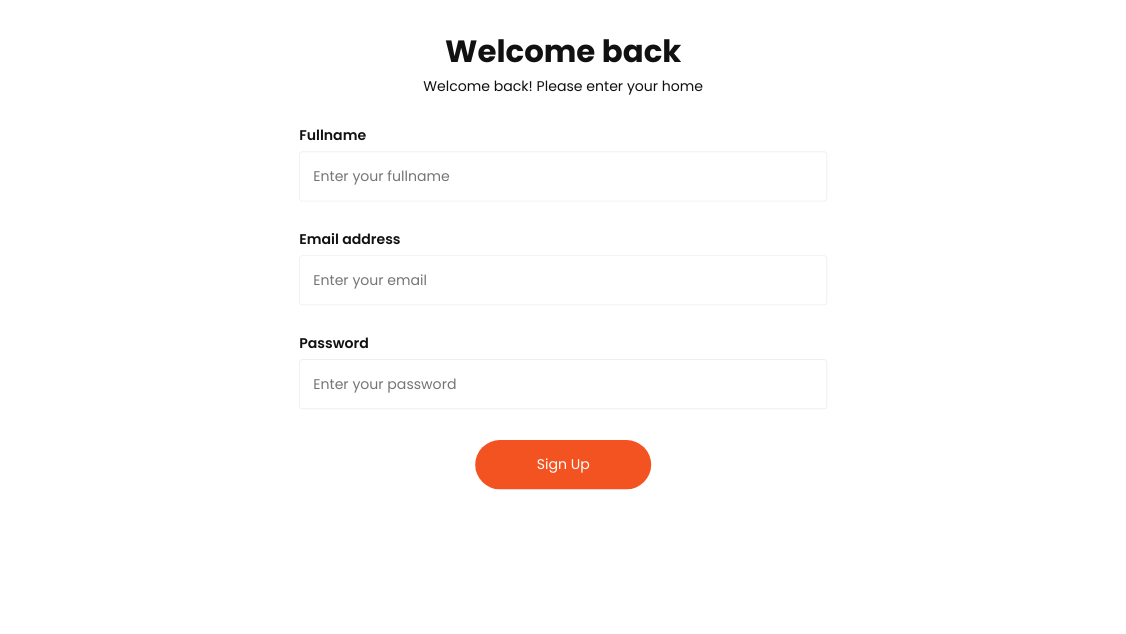
Repository: hoang0508/ReactJs-Fruits
Page: /sign-up
The author's editor kept a copy of each file at every save. The page is drawn from the files as they stood at one save, then again after the next save.
The browser window is 1280 px wide. The pictures show the whole page, at 88% of full size.
The project was rebuilt for these pictures with package versions that can differ from the ones it lists, and the page was loaded fresh each time. Also part of the build but not shown: src/Pages/NotFoundPage.js, src/hooks/useHookAPI.js, src/hooks/useLocalStrorage.js, src/components/context/Auth-Context.js, src/components/Media/Social.scss, src/components/Media/Social.js, src/components/Footer/Footercoppy.js, src/components/Footer/Footer.js and 33 more.

Above is the page before, as saved 2022-05-12 10:27:20.

### src/Pages/SignUpPage.js
import { Button } from "components/button";
import { Field } from "components/Field";
import { Input } from "components/Input";
import { Label } from "components/label";
import React from "react";
import styled from "styled-components";

const SignUpPageStyles = styled.div`
  min-height: 100vh;
  padding: 40px 0;
  .signup-content {
    text-align: center;
    margin-bottom: 40px;
  }
  .signup-heading {
    font-size: 35px;
    margin-bottom: 15px;
  }
  .form {
    max-width: 600px;
    margin: 0 auto;
  }
`;

const SignUpPage = () => {
  return (
    <SignUpPageStyles>
      <div className="signup-content">
        <h3 className="signup-heading">Welcome back</h3>
        <span className="signup-desc">
          Welcome back! Please enter your home
        </span>
      </div>
      <form className="form">
        <Field>
          <Label htmlFor="name">Fullname</Label>
          <Input
            name="fullname"
            type="text"
            placeholder="Enter your fullname"
          />
        </Field>
        <Field>
          <Label htmlFor="email">Email address</Label>
          <Input name="email" type="text" placeholder="Enter your email" />
        </Field>
        <Field>
          <Label htmlFor="password">Password</Label>
          <Input
            name="password"
            type="text"
            placeholder="Enter your password"
          />
        </Field>
        <Button
          type={"submit"}
          maxWidth="200px"
          height="56px"
          className="button button--primary"
        >
          Sign Up
        </Button>
      </form>
    </SignUpPageStyles>
  );
};

export default SignUpPage;

### src/components/Footer/Footer.scss
@import "../../index.scss";
.footer {
  background-color: $bg-footer;
  padding: 80px 0;
  &-list {
    display: grid;
    grid-template-columns: repeat(4, 1fr);
    grid-gap: 0 40px;
  }
  &-logo {
    span {
      color: $primary-color;
      font-size: 45px;
      font-weight: 700;
      display: inline-block;
      margin-bottom: 20px;
    }
    &--desc {
      line-height: 1.6;
      color: $text-color--tx;
      margin-bottom: 20px;
    }
  }
  &-title {
    margin-bottom: 25px;
    color: $text-color--tx;
    font-size: 20px;
  }
  &-item--instagram {
    display: grid;
    grid-template-columns: repeat(3, 1fr);
    grid-gap: 6px;
  }
  &-images--ig {
    height: 65px;
    position: relative;
    overflow: hidden;
    &:hover .footer-images--icon {
      opacity: 1;
      visibility: visible;
      overflow: hidden;
    }
    &:hover img {
      transform: scale(1.1);
    }
    img {
      width: 100%;
      height: 100%;
      object-fit: cover;
      border-radius: 5px;
      transition: all 0.25s linear;
    }
  }
  &-images--icon {
    width: 100%;
    height: 100%;
    background-color: rgba(243, 85, 32, 0.527);
    color: #fff;
    border-radius: 5px;
    display: flex;
    align-items: center;
    justify-content: center;
    font-size: 20px;
    position: absolute;
    top: 50%;
    left: 50%;
    transform: translate(-50%, -50%);
    cursor: pointer;
    opacity: 0;
    visibility: hidden;
    transition: all 0.2s ease;
  }
  &-link {
    display: inline-block;
    padding-bottom: 20px;
    color: $text-color--tx;
  }
  &-info {
    &--item {
      display: flex;
      align-items: center;
      gap: 0 20px;
      margin-bottom: 30px;
    }
    &--icon {
      color: $primary-color;
      font-size: 25px;
    }
    &--name {
      margin-bottom: 10px;
      color: $text-color--tx;
    }
  }
  &-coppy {
    padding: 30px 0;
    background-color: #021a32;
    color: #fff;
    .container {
      display: flex;
      align-items: center;
      justify-content: space-between;
    }
    &--license {
      font-size: 14px;
      span {
        color: $primary-color;
        font-size: 16px;
      }
    }
    &--help {
      display: flex;
      align-items: center;
      gap: 0 20px;
    }
  }
}

### src/components/Topdown/Topdown.scss
@import "../../index.scss";
.down {
  background-color: $text-color--tx;
  color: #fff;
  width: 50px;
  height: 50px;
  border-radius: 100rem;
  display: flex;
  align-items: center;
  justify-content: center;
  position: fixed;
  z-index: 10;
  bottom: -100px;
  right: 20px;
  transition: all 0.5s linear;
  &.active-down {
    opacity: 1;
    visibility: visible;
    bottom: 20px;
  }
}

### src/Pages/Cartpage/Cartpage.scss
@import "../../index.scss";
.cart {
  &-banner {
    min-height: 400px;
    position: relative;
    z-index: 0;
  }
  &-main {
    padding: 40px 0;
  }
  &-table {
    border-collapse: collapse;
    width: 100%;
  }
  &-table td,
  &-table th {
    padding-top: 10px;
    padding-bottom: 20px;
  }
  &-table th {
    padding: 15px;
    text-align: center;
    background-color: $primary-color;
    color: white;
  }
  &-images {
    width: 150px;
    height: 150px;
    img {
      width: 100%;
      height: 100%;
      object-fit: cover;
    }
  }
  &-item {
    margin-bottom: 10px;
    border-bottom: 1px solid $border-color;
    text-align: center;
  }
  &-total {
    max-width: 150px;
    width: 100%;
    padding: 10px 12px;
    margin-top: 20px;
    margin-left: auto;
    display: flex;
    /* justify-content: flex-end; */
    justify-content: center;
    gap: 0 10px;
    background-color: #f35320;
    color: #fff;
  }
  &-count {
    display: flex;
    align-items: center;
    justify-content: center;
  }
  &-remove {
    display: inline-flex;
    align-items: center;
    justify-content: center;
  }
}

### src/components/Header/Header.scss
@import "../../index.scss";
.header {
  &-contact {
    border-bottom: 1px solid #eee;
    .container {
      display: flex;
      justify-content: space-between;
      align-items: center;
      padding: 20px 0;
    }
  }
  &-info {
    display: flex;
    align-items: center;
    gap: 0 25px;
    &--add {
      display: flex;
      align-items: center;
      gap: 0 10px;
    }
    &--gmail {
      display: flex;
      align-items: center;
      gap: 0 10px;
    }
    &--icon {
      color: $primary-color;
    }
  }
  &-social {
    display: flex;
    align-items: center;
    gap: 0 15px;
    span {
      border: 1px solid #f3f3f3;
      width: 35px;
      height: 35px;
      border-radius: 100rem;
      display: flex;
      align-items: center;
      justify-content: center;
      transition: all 0.25s linear;
      &:hover {
        background-color: $primary-color;
        color: #fff;
        transform: translateY(-5px);
        cursor: pointer;
      }
    }
  }
  &-nav {
    padding: 20px 0;
    .container {
      display: flex;
      justify-content: space-between;
      align-items: center;
    }
  }
  &-menu {
    display: flex;
    align-items: center;
    gap: 0 30px;
    &--list {
      display: flex;
      align-items: center;
      gap: 0 30px;
    }
    &--link {
      color: $text-color--tx;
      font-weight: 500;
    }
  }
  &-cart {
    position: relative;
    &--icon {
      color: $text-color--tx;
      font-size: 28px;
    }
    &--number {
      position: absolute;
      top: -20%;
      right: -25%;
      background-color: $primary-color;
      color: #fff;
      width: 15px;
      height: 15px;
      border-radius: 100rem;
      font-size: 14px;
      display: flex;
      align-items: center;
      justify-content: center;
    }
  }
}

.is-fixed {
  position: fixed;
  top: 0;
  left: 0;
  width: 100%;
  z-index: 10;
  background-color: #fff;
  box-shadow: 0 2px 28px 0 rgba(0, 0, 0, 0.09);
  animation: fadeInDown 0.5s linear forwards;
}

@keyframes fadeInDown {
  0% {
    opacity: 0;
    transform: translateY(-20px);
  }
  100% {
    opacity: 1;
    transform: translateY(0);
  }
}

### src/components/Count/Count.scss
@import "../../index.scss";
.count {
  width: 180px;
  display: flex;
  align-items: center;
  justify-content: center;
  background-color: $bgr-color;
  border-radius: 5px;
  padding: 10px;
  cursor: pointer;
  &-value {
    width: 100px;
    text-align: center;
    background: inherit;
    font-size: 18px;
  }
}

### src/components/Product/Productdetails.scss
@import "../../index.scss";
.productD {
  &--list {
    display: flex;
    justify-content: space-between;
    gap: 0 50px;
  }
  &--left {
    width: 50%;
  }
  &--right {
    width: 60%;
  }
  &--thumb {
    margin-top: 20px;
    display: flex;
    align-items: center;
    gap: 0 10px;
  }
  &--imgThumb {
    height: 80px;
    border: 1px solid $border-color;
    border-radius: 5px;
    padding: 5px;
    cursor: pointer;
    img {
      width: 100%;
      height: 100%;
      object-fit: cover;
    }
  }
  &--title {
    font-size: 25px;
    font-weight: 700;
    color: $text-color--tx;
    margin-bottom: 15px;
  }
  &--price {
    display: flex;
    align-items: center;
    gap: 0 5px;
    margin-bottom: 10px;
  }
  &--priceNew {
    color: $text-color--tx;
  }
  &--priceOld {
    text-decoration: line-through;
  }
  &--vote {
    display: flex;
    align-items: center;
    gap: 0 10px;
    margin-bottom: 20px;
  }
  &--star {
    display: flex;
    align-items: center;
    gap: 0 2px;
    color: $primary-color;
  }
  &--desc {
    color: $text-color--tx;
    line-height: 1.5;
    margin-bottom: 15px;
  }
  &--cart {
    display: flex;
    align-items: center;
    gap: 0 40px;
    margin-bottom: 30px;
  }
  &-btn {
    padding: 15px;
    background-color: $bgr-color;
    margin-top: 20px;
    width: 100%;
    cursor: pointer;
    transition: all 0.25s linear;
    border-radius: 5px;
    &:hover {
      background-color: $primary-color;
      color: #fff;
    }
  }
  &-social {
    margin-top: 25px;
    display: flex;
    align-items: center;
    gap: 0 15px;
  }
}

.active-image {
  border-color: $primary-color;
  border-width: 2px;
}

### src/Pages/Detailpage/Info.scss
@import "../../index.scss";
.info {
  padding: 20px 0 40px;
  &-tab {
    display: flex;
    align-items: center;
    gap: 0 15px;
    margin-bottom: 10px;
    cursor: pointer;
    &--title {
      border: 1px solid $border-color;
      padding: 15px 30px;
    }
  }
  &-content {
    max-width: 800px;
    padding: 20px;
    border: 1px solid $border-color;
    &--desc {
      display: none;
    }
    &--review {
      display: none;
    }
  }
  &__heading {
    display: inline-block;
    padding-right: 20px;
    font-size: 23px;
    font-weight: 700;
    color: $text-color--tx;
    margin-bottom: 20px;
    position: relative;
    &::before {
      content: "";
      position: absolute;
      width: 50px;
      height: 3px;
      background-color: $primary-color;
      left: 100%;
      top: 50%;
    }
  }
  &-customer {
    &__item {
      margin-bottom: 25px;
    }
    &__people {
      display: flex;
      align-items: center;
      gap: 0 20px;
      margin-bottom: 15px;
    }
    &__image {
      width: 50px;
      height: 50px;
      img {
        width: 100%;
        height: 100%;
        object-fit: cover;
        border-radius: 100rem;
      }
    }
    &__name {
      color: $text-color--tx;
      font-size: 18px;
    }
    &__date {
      color: $secondary-color;
      margin-bottom: 10px;
    }
    &__desc {
      color: $text-color--tx;
      line-height: 1.5;
      margin-bottom: 15px;
    }
    &__star {
      color: $secondary-color;
      display: flex;
      align-items: center;
    }
  }
}

.active-tabs {
  background-color: $primary-color;
  color: #fff;
  transition: all 0.25s linear;
}

.active-content {
  display: block;
}

.write {
  &-form {
    &--group {
      display: flex;
      align-items: center;
      gap: 0 30px;
      margin-bottom: 20px;
    }
    &--input,
    &--textarea {
      border: 1px solid $border-color;
      padding: 12px;
      border-radius: 5px;
      width: 100%;
      transition: all 0.25s ease;
      &:focus {
        border-color: $primary-color;
      }
    }
  }
}

### src/components/Banner/Banner.scss
@import "../../index.scss";
.banner {
  min-height: 100vh;
  padding: 0 0 40px;
  padding: 150px;
  &-heading {
    color: $primary-color;
    margin-bottom: 20px;
    font-size: 20px;
  }
  &-title {
    max-width: 600px;
    width: 100%;
    color: #fff;
    font-weight: 700;
    font-size: 70px;
    line-height: 1.2;
    margin-bottom: 25px;
  }
  &-desc {
    max-width: 700px;
    width: 100%;
    color: #fff;
    line-height: 1.6;
    margin-bottom: 30px;
  }
  &-btn {
    display: flex;
    align-items: center;
    gap: 0 25px;
  }
  &-fruits {
    padding: 60px 0;
    margin-bottom: 100px;
    position: relative;
    &--images {
      img {
        height: 100%;
        object-fit: cover;
        margin: 0 auto;
        text-align: center;
      }
    }
    &--shape {
      .shape1 {
        position: absolute;
        top: 20px;
        left: 20px;
        height: 300px;
        animation: shapeTop 3s linear infinite;
        img {
          width: 100%;
          height: 100%;
          object-fit: cover;
        }
      }
      .shape3 {
        position: absolute;
        top: 20px;
        right: 20px;
        height: 150px;
        animation: shapeTop 3s linear infinite;
        img {
          width: 100%;
          height: 100%;
          object-fit: cover;
        }
      }
      .shape2 {
        position: absolute;
        bottom: 20px;
        left: 20px;
        height: 100px;
        animation: shapeBottom 3s linear infinite;

        img {
          width: 100%;
          height: 100%;
          object-fit: cover;
        }
      }
      .shape4 {
        position: absolute;
        bottom: 20px;
        right: 20px;
        height: 100px;
        animation: shapeZoom 3s linear infinite;

        img {
          width: 100%;
          height: 100%;
          object-fit: cover;
        }
      }
    }
  }
}

@keyframes shapeTop {
  50% {
    transform: translateY(20px);
  }
  100% {
    transform: translateY(0px);
  }
}

@keyframes shapeBottom {
  50% {
    transform: translateX(20px);
  }
  100% {
    transform: translateX(0px);
  }
}

@keyframes shapeZoom {
  20% {
    transform: scale(0.5);
  }
  50% {
    transform: scale(1.1);
  }
  100% {
    transform: scale(1);
  }
}

### src/components/Banner/BannerCrops.scss
@import "../../index.scss";
.banner-crops {
  min-height: 100vh;
  padding-top: 100px;
  &--content {
    max-width: 800px;
    background-color: #fff;
    padding: 50px;
    margin-left: auto;
  }
  &--txt {
    color: $primary-color;
    margin-bottom: 20px;
    font-size: 20px;
    display: inline-block;
  }
  &--heading .page-center {
    text-align: left;
    max-width: 700px;
    margin-bottom: 20px;
  }
  &--heading .page-desc {
    text-align: left;
  }
}

### src/components/layout/Feedback/Feedback.scss
@import "../../../index.scss";
.banner-feedback {
  min-height: 100vh;
  position: relative;
  z-index: 1;
  &--heading {
    padding: 40px 0;
    .page-heading {
      color: #fff;
      font-weight: 600;
    }
    .page-desc {
      color: #fff;
    }
  }
  &--list {
    max-width: 800px;
    width: 100%;
    padding: 20px 10px;
    margin: 0 auto;
    background-color: $secondary-color;
    border-radius: 20px;
  }
  &--item {
    display: flex;
    justify-content: center;
    align-items: center;
    flex-direction: column;
    background-color: $secondary-color;
  }
  &--images {
    width: 150px;
    height: 150px;
    img {
      width: 100%;
      height: 100%;
      object-fit: cover;
      border-radius: 100rem;
    }
  }
  &--content {
    color: #fff;
    margin-top: 30px;
    text-align: center;
  }
  &--name {
    margin-bottom: 15px;
    font-size: 22px;
  }
  &--job {
    margin-bottom: 15px;
    font-size: 14px;
  }
  &--desc {
    font-style: italic;
    line-height: 1.6;
    font-size: 14px;
  }
}

### src/components/layout/LastesBlog/LastestBlog.scss
@import "../../../index.scss";
.LastestBlog {
  padding: 100px 0;
  &-list {
    display: grid;
    grid-template-columns: repeat(3, 1fr);
    grid-gap: 0 40px;
  }
  &-item {
    background-color: #fff;
    border-radius: 10px;
    overflow: hidden;
    box-shadow: rgba(100, 100, 111, 0.2) 0px 7px 29px 0px;
    display: flex;
    flex-direction: column;
    cursor: pointer;
    &:hover .LastestBlog-content::before {
      height: 100%;
    }
    &:hover .LastestBlog-title {
      color: #fff;
    }
    &:hover .LastestBlog-more {
      color: #fff;
    }
    &:hover .LastestBlog-date {
      background-color: $primary-color;
      color: #fff;
    }
    &:hover .LastestBlog-images img {
      transform: scale(1.2);
    }
  }
  &-images {
    height: 270px;
    position: relative;
    img {
      width: 100%;
      height: 100%;
      object-fit: cover;
      transition: all 0.3s linear;
    }
  }
  &-date {
    position: absolute;
    bottom: 0;
    padding: 12px 25px;
    border-radius: 0 5px 0 0;
    background-color: #ffffff;
  }
  &-content {
    padding: 20px 10px;
    position: relative;
    isolation: isolate;
    overflow: hidden;
    margin-top: auto;
    &::before {
      content: "";
      position: absolute;
      top: 0;
      left: 0;
      background-color: $primary-color;
      width: 100%;
      height: 0;
      z-index: -1;
      transition: all 0.3s linear;
    }
  }
  &-title {
    margin-bottom: 15px;
    line-height: 1.5;
    font-size: 20px;
    font-weight: 700;
    color: #111111;
    transition: all 0.3s linear;
  }
  &-more {
    color: $primary-color;
    transition: all 0.3s linear;
  }
}

### src/components/layout/Subscribe/Subscribe.scss
@import "../../../index.scss";
.subscribe {
  margin-bottom: 100px;
  background-color: #fafafa;
  &-container {
    min-height: 250px;
    display: flex;
    align-items: center;
    gap: 0 100px;
  }
  &-content {
    width: 60%;
    .page-center {
      max-width: 700px;
      text-align: left;
    }
    .page-desc {
      text-align: left;
    }
  }
  &-input {
    background: none;
  }
  &-email {
    width: 60%;
    padding: 5px 10px;
    display: flex;
    justify-content: space-between;
    background-color: #f3f3f3;
    border: 1px solid #f3f3f3;
    border-radius: 5px;
  }
}

### src/components/Product/Product.scss
@import "../../index.scss";

.product {
  margin-top: 80px;
  padding-bottom: 100px;
  &-heading {
    margin-bottom: 50px;
  }
  &-list {
    display: grid;
    grid-template-columns: repeat(4, 1fr);
    grid-gap: 40px;
  }
  &-list--swiper {
    display: grid;
  }
  &-item {
    position: relative;
    overflow: hidden;
    cursor: pointer;
    &:hover .product-select .product-select--icon {
      opacity: 1;
      visibility: visible;
      transition: all 0.3 linear;
      transform: translate(0);
    }
    &:hover .product-images img {
      transform: scale(1.1);
    }
    &:hover .product-seo {
      background-color: $primary-color;
      color: #fff;
      cursor: pointer;
    }
  }
  &-images {
    height: 250px;
    position: relative;
    overflow: hidden;
    margin-bottom: 25px;
    img {
      width: 100%;
      height: 100%;
      object-fit: cover;
      overflow: hidden;
      border-radius: 5px;
      transition: all 0.25s linear;
    }
  }
  &-seo {
    position: absolute;
    top: 10px;
    left: 10px;
    background-color: #fff;
    color: $text-color--tx;
    padding: 8px 15px;
    border-radius: 6px;
    transition: all 0.25s linear;
  }
  &-select {
    position: absolute;
    left: 0;
    right: 0;
    bottom: 20px;
    display: flex;
    align-items: center;
    justify-content: center;
    gap: 0 10px;
    &--icon {
      color: $primary-color;
      background-color: #fff;
      width: 45px;
      height: 45px;
      border-radius: 100rem;
      display: flex;
      align-items: center;
      justify-content: center;
      font-size: 20px;
      opacity: 0;
      visibility: hidden;
      transition: all 0.3s linear;
      transform: translateY(30px);
    }
  }
  &-info {
    text-align: center;
  }
  &-name {
    font-size: 22px;
    font-weight: 600;
    color: $text-color--tx;
    margin-bottom: 15px;
    transition: all 0.2s ease;
    &:hover {
      color: $primary-color;
    }
  }
  &-price {
    display: flex;
    align-items: center;
    justify-content: center;
    gap: 0 10px;
    margin-bottom: 15px;
    &--new {
      color: $primary-color;
      font-weight: 500;
    }
    &--old {
      text-decoration: line-through;
    }
  }
  &-star {
    display: flex;
    align-items: center;
    justify-content: center;
    gap: 0 5px;
    color: $primary-color;
  }
}

### src/components/Box/Checkbox.scss
@import "../../index.scss";

.checkbox_input {
  display: none;
}

.checkbox_input:checked + .checkbox_label::after {
  opacity: 1;
  visibility: visible;
}

.checkbox_label {
  position: relative;
  padding-left: 50px;
  cursor: pointer;
}

.checkbox_label::before {
  content: "";
  position: absolute;
  width: 30px;
  height: 30px;
  background-color: $primary-color;
  left: 0;
  top: 50%;
  transform: translateY(-50%);
  display: flex;
  justify-content: center;
  align-items: center;
  border-radius: 3px;
}

.checkbox_label::after {
  content: "";
  position: absolute;
  top: 3px;
  left: 6px;
  width: 20px;
  height: 10px;
  transform: rotate(-45deg);
  border-left: 3px solid white;
  border-bottom: 3px solid white;
  opacity: 0;
  visibility: hidden;
  transition: all 0.25s linear;
}

### src/components/Accordion/Accordion.scss
@import "../../index.scss";
.accordion {
  max-width: 500px;
  margin-bottom: 20px;
  &-header {
    display: flex;
    justify-content: space-between;
    align-items: center;
    color: #292e49;
    font-weight: 600;
    border: 1px solid $primary-color;
    border-radius: 5px;
    padding: 10px;
    cursor: pointer;
  }
  &-content {
    height: 0;
    overflow: hidden;
    transition: all 0.2s ease;
    &--active {
      margin-top: 15px;
      padding: 5px 10px;
      line-height: 1.5;
      font-size: 14px;
      border: 1px solid $primary-color;
      height: auto;
    }
  }
}

### src/components/Modal/ModalPd.scss
@import "../../index.scss";
.modalP {
  position: fixed;
  inset: 0;
  background-color: rgba(0, 0, 0, 0.5);
  z-index: 20;
  &-content {
    position: absolute;
    top: 50%;
    left: 50%;
    transform: translate(-50%, -50%);
    max-width: 850px;
    width: 100%;
    padding: 15px 20px;
    background-color: #fff;
    border-radius: 5px;
    position: relative;
    &--close {
      position: absolute;
      top: 10px;
      right: 10px;
      background-color: $primary-color;
      color: #fff;
      width: 30px;
      height: 30px;
      display: flex;
      justify-content: center;
      align-items: center;
      border-radius: 5px;
      cursor: pointer;
    }
  }
}

Loaded but not shown: public/index.html (common file); src/reportWebVitals.js (common file); src/components/button/index.js (common file); src/components/Input/index.js (common file); src/components/label/index.js (common file); src/config/RoutersConfig.js (46 lines, source omitted); src/index.js (24 lines, source omitted); src/components/Input/Input.js (34 lines, source omitted); src/components/button/Button.js (30 lines, source omitted); src/components/Field/Field.js (18 lines, source omitted); src/components/label/Label.js (17 lines, source omitted); src/App.js (12 lines, source omitted); src/utils/contains.js (6 lines, source omitted); src/components/Field/index.js (3 lines, source omitted); src/index.scss (250 lines, source omitted)

After the next save:
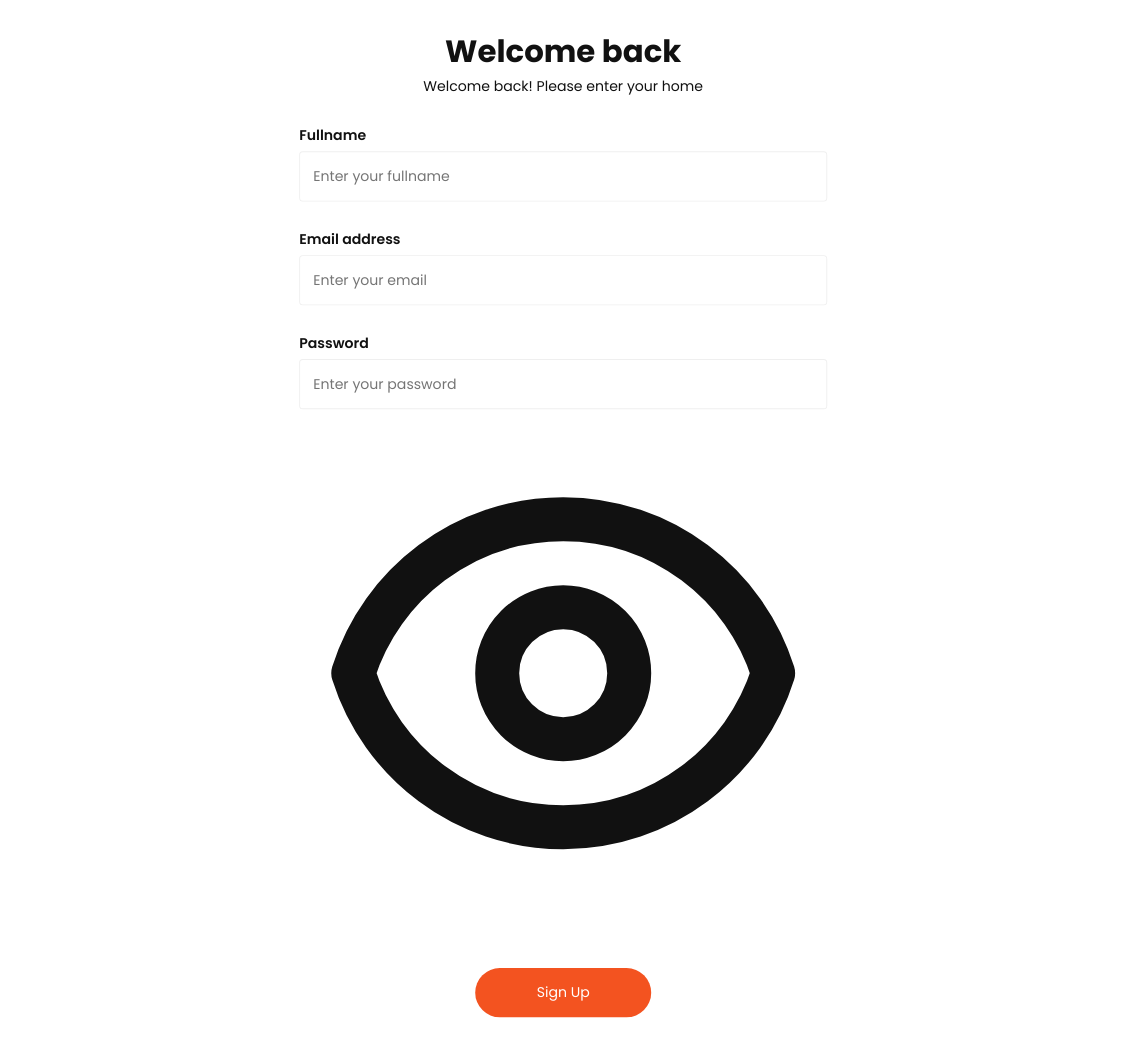
Saved 86 s later.
--- a/src/Pages/SignUpPage.js
+++ b/src/Pages/SignUpPage.js
@@ -46,11 +46,27 @@ const SignUpPage = () => {
         </Field>
         <Field>
           <Label htmlFor="password">Password</Label>
-          <Input
-            name="password"
-            type="text"
-            placeholder="Enter your password"
-          />
+          <Input name="password" type="text" placeholder="Enter your password">
+            <svg
+              xmlns="http://www.w3.org/2000/svg"
+              className="h-6 w-6"
+              fill="none"
+              viewBox="0 0 24 24"
+              stroke="currentColor"
+              strokeWidth={2}
+            >
+              <path
+                strokeLinecap="round"
+                strokeLinejoin="round"
+                d="M15 12a3 3 0 11-6 0 3 3 0 016 0z"
+              />
+              <path
+                strokeLinecap="round"
+                strokeLinejoin="round"
+                d="M2.458 12C3.732 7.943 7.523 5 12 5c4.478 0 8.268 2.943 9.542 7-1.274 4.057-5.064 7-9.542 7-4.477 0-8.268-2.943-9.542-7z"
+              />
+            </svg>
+          </Input>
         </Field>
         <Button
           type={"submit"}
